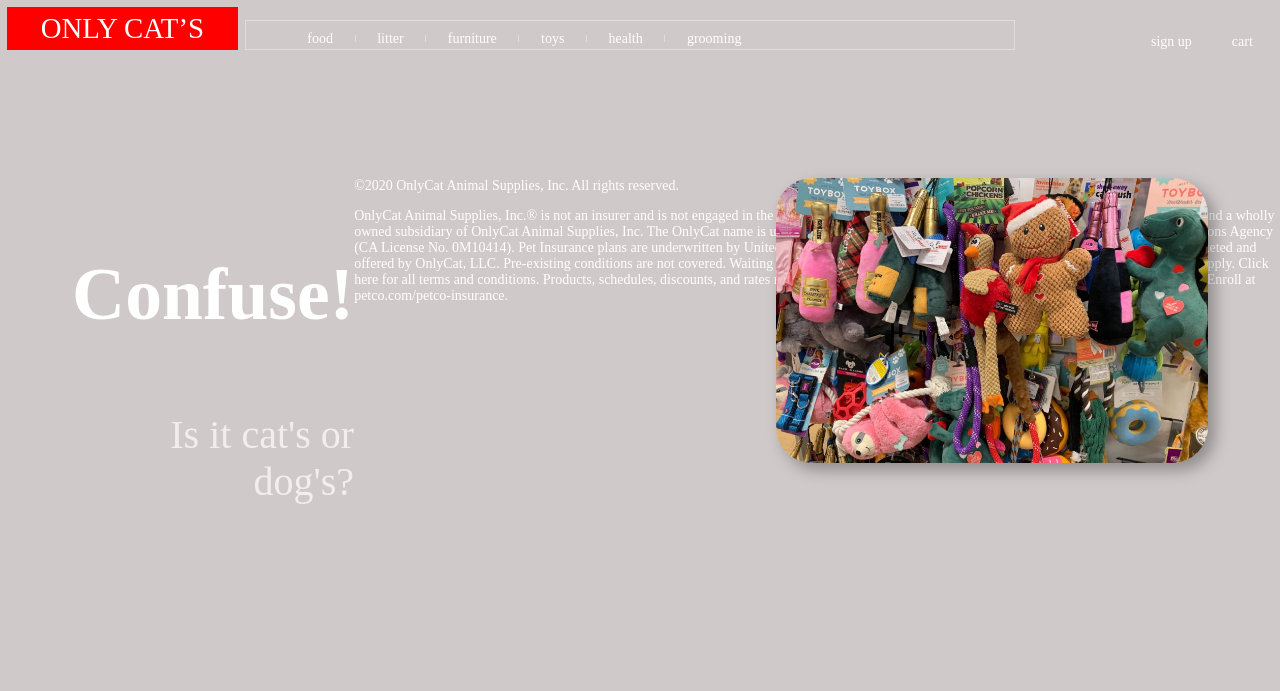
Repository: itson1115/chan_git
Page: cat/index2.html
These files come from the project's save history. The page is drawn as it stood at one moment and after the next save; the edit follows.
The browser window is 1280 px wide. The pictures show the whole page.

Above is the page before, as saved 2021-09-02 04:37:07.

### cat/index2.html
<!DOCTYPE html>
<html lang="ko">
<head>
  <meta charset="UTF-8">
  <meta http-equiv="X-UA-Compatible" content="IE=edge">
  <meta name="viewport" content="width=device-width, initial-scale=1.0">
  <title>Document</title>
  <link rel="stylesheet" href="css/style2.css">
</head>
<body>
  <header>
    <div class="logo">ONLY CAT’S</div>
    <div class="navi">
      <nav>
        <ul>
          <li>food</li>
          <li>litter</li>
          <li>furniture</li>
          <li>toys</li>
          <li>health</li>
          <li>grooming</li>
        </ul>
      </nav>
    </div>
    <div class="my">
      <span>sign up</span><span>cart</span>
    </div>
  </header>
  <section class="container">
    <article class="confuse">
      <div class="article-body">
        <h1>Confuse!</h1>
        <p>Is it cat's or<br/>dog's?</p>
      </div>
      <div class="article-image">
        <img src="images/toys.jpg"/>
      </div>
    </article>
  </section>
  <section class="bottom">
    <p>©2020 OnlyCat Animal Supplies, Inc. All rights reserved.</p>

     <p>OnlyCat Animal Supplies, Inc.® is not an insurer and is not engaged in the business of insurance. LLC is a licensed insurance producer, not an insurer, and a wholly owned subsidiary of OnlyCat Animal Supplies, Inc. The OnlyCat name is used for the brand name. In California,  LLC does business as Insurance Solutions Agency (CA License No. 0M10414).

      Pet Insurance plans are underwritten by United States Fire Insurance Company (Morristown, NJ). Insurance plans are marketed and offered by OnlyCat, LLC.

      Pre-existing conditions are not covered. Waiting periods, annual deductible, co-insurance, benefit limits and exclusions may apply. Click here for all terms and conditions. Products, schedules, discounts, and rates may vary and are subject to change. More information available at checkout. Enroll at petco.com/petco-insurance.</p>
  </section>
</body>
</html>

### cat/css/style2.css
@import url("https://fonts.googleapis.com/css?family=Roboto:700");

:root {
  --title-text-show-delay: 0.5s;
  --title-text-show-duration: 0.5s;
  --title-rect-show-duration: 0.3s;
  --title-cats-show-duration: 0.4s;
  --title-rect-hide-delay: 2s;
}

body {
  margin: 0;
  padding: 0;
  background: #cfc9c9;
  color: white;
  font-size: 14px;
}

header {
  position: relative;
  height: 7vmin;
}

h1 {
  font-size: 4.6rem;
}

header .logo {
  margin: 1vmin 1vmin;
  float: left;
  width: 18vmax;
  height: 6vmin;
  background: red;
  text-align: center;
  font-size: 1.8rem;
  line-height: 6vmin;
}

header .navi {
  position: absolute;
  bottom: 0;
  border: 1px solid #dedede;
  display: inline-block;
  width: 60vmax;
  height: 4vmin;
  float: left;
}

header nav {
  text-align: center;
  line-height: 1vmin;
}

header nav ul {
  list-style-type: none;
  /* padding-left: 0; */
}

header nav li {
  float: left;
  padding: 0 3vmin;
  border-right: 1px solid #dedede;
}

header nav li:nth-last-child(1) {
  border-right: none;
}

header nav li:hover {
  color: #000;
  cursor: grab;
}

header::after {
  display: block;
  content: "";
  clear: both;
}

header .my {
  position: absolute;
  right: 1vmin;
  bottom: 0;
  display: inline-block;
}

header .my span {
  padding: 0 20px;
}

section.container {
  position: relative;
  margin-top: 10vmax;
  background: grey;
}

section.container::after {
}

.article-body {
  margin-left: 10vmin;
  text-align: right;
}

.article-body > p {
  font-size: 2.5rem;
  color: #f3eded;
}

.article-image {
  position: absolute;
  right: 10vmin;
}

.article-image > img {
  width: 60vmin;
  margin-left: 5vmin;
  border-radius: 5vmin;
  filter: drop-shadow(1vmin 1vmin 1vmin rgba(0, 0, 0, 0.3));
}

.article-body {
  float: left;
}

After the next save:
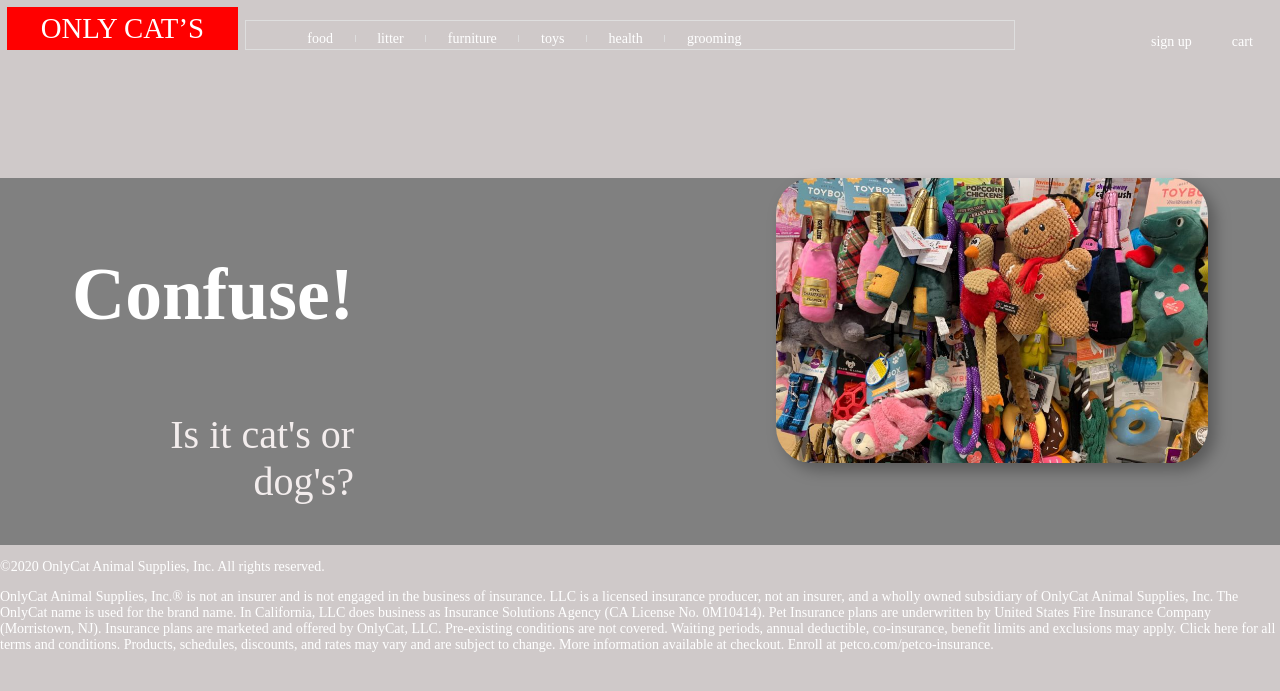
Saved 10 s later.
--- a/cat/css/style2.css
+++ b/cat/css/style2.css
@@ -95,6 +95,9 @@
 }
 
 section.container::after {
+  display: block;
+  content: "";
+  clear: both;
 }
 
 .article-body {
